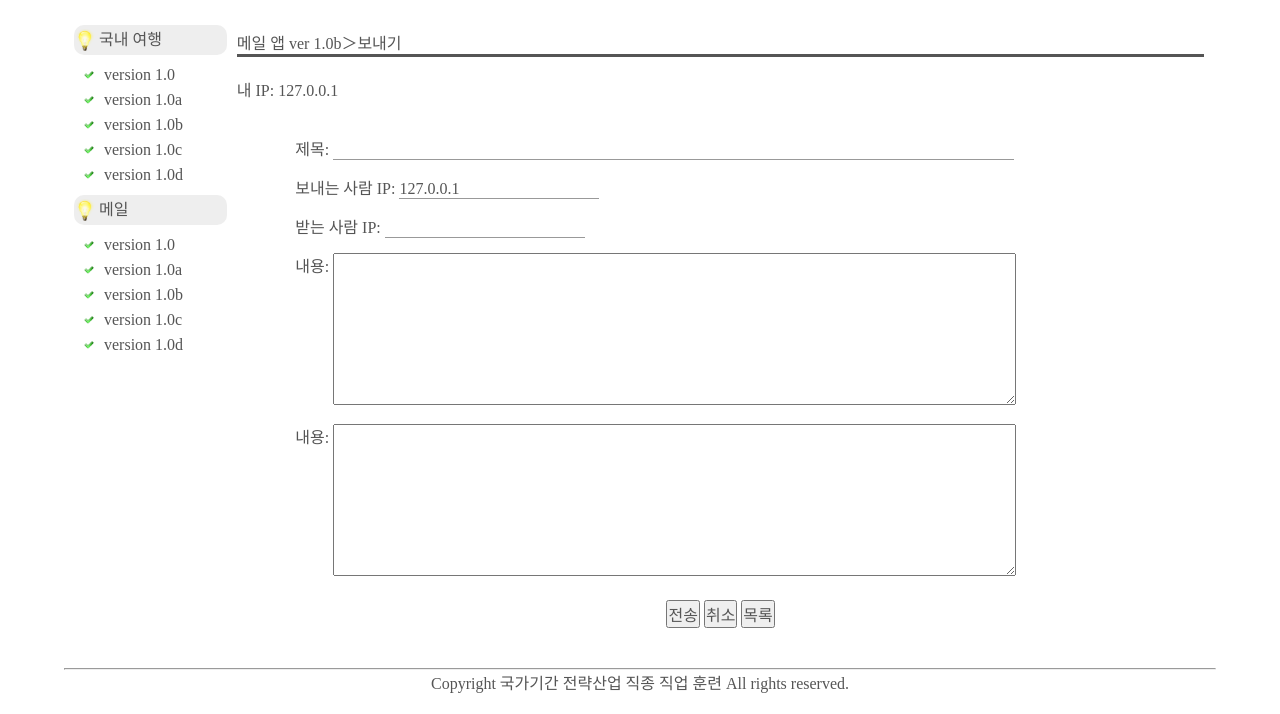
Repository: jangky000/ai_web
Page: http://localhost/blog_v2jc/mail_app1d/create_form.jsp
The author's editor kept a copy of each file at every save. The page is drawn from the files as they stood at one save, then again after the next save.
The browser window is 1280 px wide. The pictures show the part of the page from y = 210 to 924 px (the page is 924 px tall).
The page is served by Tomcat 9. Other server files are loaded and not shown.

Above is the page before, as saved 2020-04-02 09:09:11.

### ws__frame/blog_v2jc/WebContent/mail_app1d/create_form.jsp
<%@ page contentType="text/html; charset=UTF-8" %>

<%
request.setCharacterEncoding("utf-8");
String root = request.getContextPath();
%>

<!DOCTYPE html>
<html lang="ko">
<head>
<meta charset="UTF-8">
<title>메일 앱</title>
<link href="<%=root%>/css/style.css" rel="Stylesheet" type="text/css">
</head>
<body>
<jsp:include page="/menu/top.jsp" flush='false' />
  <div class="title_line">메일 앱 ver 1.0b＞보내기</div>

   <%
    out.print("<p>내 IP: " + request.getRemoteAddr() + "</p>");
    String my_ip = request.getRemoteAddr();
    /* out.print("<p>Remote Host: " + request.getRemoteHost() + "</p>"); */
    /* out.print("<p>X-Forwarded-For: " + request.getHeader("x-forwarded-for") + "</p>"); */
    %>

  <form name='frm' action='./create_proc.jsp' method='POST'>
    <fieldset class="fieldset_basic">
      <!-- <legend class="legend_basic">공지사항 등록</legend> -->
      <ul>
        <li class="li_none">
          <label>제목: </label>
          <input class="input_basic" type="text" name="title" style="width: 80%;" autofocus="autofocus">
        </li>
        <li class="li_none">
          <label>보내는 사람 IP: </label>
          <input class="input_basic" type="text" name="mail_from"  value="<%= my_ip %>" style="width: 200px;" readonly="readonly">
        </li>
        <li class="li_none">
          <label>받는 사람 IP: </label>
          <input class="input_basic" type="text" name="mail_to" style="width: 200px;">
        </li>
        <li class="li_none">
          <label style="vertical-align: top;">내용: </label>
          <textarea name="content" style="width: 80%; height: 150px;"></textarea>
        </li>
        <li class="li_none">
          <label style="vertical-align: top;">내용: </label>
          <textarea name="content" style="width: 80%; height: 150px;"></textarea>
        </li>
      </ul>
      <div class ="bottom_menu">
        <button type="submit">전송</button>
        <button type="button" onclick="location.href = './list.jsp'">취소</button>
        <button type="button" onclick="location.href = './list.jsp'">목록</button>
      </div>
    </fieldset>

  </form>

<jsp:include page="/menu/bottom.jsp" flush='false' />
</body>
</html>
</html>

### ws__frame/blog_v2jc/WebContent/menu/top.jsp
<%@ page contentType="text/html; charset=UTF-8" %>
<!-- jsp: include를 사용했기 때문에 root로 인한 충돌이 발생하지 않는다. -->
<% String root = request.getContextPath(); %>

<DIV class='container'>
  <DIV class='top_img'>
    <NAV class="top_menu">
      <a href="<%=root %>" class="menu_link">HOME</a> | 로그인 | 예약 | 조회 | Q&A | 고객센터
    </NAV>
  </DIV>

  <DIV style='margin-top: 10px;'> <!-- 좌측 메뉴 + 내용 시작 -->
    <DIV class='left_menu'> <!--  좌측 메뉴 시작 -->
      <div class="li_left_menu_1" >국내 여행</div>
      <UL>
         <!-- 모든 위치에서 동일한 주소를 찾아야하므로, 절대 경로로 설정 -->
        <LI class="li_left_menu_2"><a href="<%= request.getContextPath() %>/notice1/list.jsp">version 1.0</a></LI>
        <LI class="li_left_menu_2"><a href="<%= request.getContextPath() %>/notice1a/list.jsp">version 1.0a</a></LI>
        <LI class="li_left_menu_2"><a href="<%= request.getContextPath() %>/notice1b/list.jsp">version 1.0b</a></LI>
        <LI class="li_left_menu_2"><a href="<%= request.getContextPath() %>/notice1c/list.jsp">version 1.0c</a></LI>
        <LI class="li_left_menu_2"><a href="<%= request.getContextPath() %>/notice1d/list.jsp">version 1.0d</a></LI>
      </UL>
      <!-- br을 쓰는 것보다 margin으로 여백을 주는 것이 낫다 -->
      <div class="li_left_menu_1">메일</div>
      <UL>
        <LI class="li_left_menu_2"><a href="<%= request.getContextPath() %>/mail_app/list.jsp">version 1.0</a></LI>
        <LI class="li_left_menu_2"><a href="<%= request.getContextPath() %>/mail_app1a/list.jsp">version 1.0a</a></LI>
        <LI class="li_left_menu_2"><a href="<%= request.getContextPath() %>/mail_app1b/list.jsp">version 1.0b</a></LI>
        <LI class="li_left_menu_2"><a href="<%= request.getContextPath() %>/mail_app1c/list.jsp">version 1.0c</a></LI>
        <LI class="li_left_menu_2"><a href="<%= request.getContextPath() %>/mail_app1d/list.jsp">version 1.0d</a></LI>
      </UL>

    </DIV>  <!--  좌측 메뉴 종료 -->

    <DIV class='content_body'> <!--  내용 시작 -->

### ws__frame/blog_v2jc/WebContent/menu/bottom.jsp
<%@ page contentType="text/html; charset=UTF-8" %>

    </DIV> <!-- 내용 종료 -->
  </DIV> <!-- 좌측 메뉴 + 내용 종료 -->

  <!-- 화면 하단 메뉴 -->
  <DIV class='copyright'>
    <HR>
    Copyright 국가기간 전략산업 직종 직업 훈련 All rights reserved.
  </DIV>

</DIV> <!-- 컨테이너 종료 -->

### ws__frame/blog_v2jc/WebContent/css/style.css
/* ver 0.2 */
/* 모든 태그에 적용 */
  *{
     font-family: Malgun Gothic;
     font-size: 16px;
     margin: 0px;  /* top right bottom left */
     padding: 0px;
     color: #555555;
  }

  .container {
    width: 90%;
    margin: 10px auto;
  }

  /*
  이미지 경로 지정
  권장하지 않는 방법(절대경로): background-image: url('/blog_v2jc/css/images/top_image.jpg');
  권장하는 방법(상대경로): background-image: url('./images/top_image.jpg');
  style.css 파일이 include(link)되는 폴더를 현재 폴더로 인식함
  /blog_v2jc/css/style.css에서 사용
  /blog_v2jc/css/images/top_image.jpg 인식
   */
  .top_img {
    width: 100%;
    height: 200px;
    /* background-image: url('/blog_v2jc/menu/images/top_image.jpg'); */
    background-image: url('./images/top_image2.jpg');
    background-size: auto 100%; /* 가로 세로 */
    background-position: center center;
    background-repeat: no-repeat;
  }

  .top_menu {
    position: relative;  /* 부모 태그 기준 화면 상단 기준 */
    top: 80%;
    /* left: 2px;  */
    background-color: rgba(50, 50, 255, 0.3);
    color: white;
  }

  .left_menu {
    width: 15%;
    float: left;
  }

  .content_body {
    width: 84%;
    float: left;
  }

  .content_bottom {

  }

  .bottom_menu {
    text-align: center;
    margin: 20px auto;
    clear: both;
  }

  .copyright {
    text-align: center;
    margin: 20px auto; /* 블럭 가운데 정렬 */
    clear: both; /*  float: left; 해제 float 효과를 제거 */
  }

  .li_warning{/* 경고 메시지 */
    list-style: none;
    margin: 15px 10px;
    color: #ff6600;
  }

  .li_error{ /* 에러 메시지 */
    list-style: none;
    margin: 15px 10px;
    color: #FF0000;
  }

  .li_none{
    list-style: none;
    margin: 15px 10px;
  }

  .fieldset_basic{
    width:90%;
    margin:10px auto;
    border-top: none;
    border-right: none;
    border-bottom: none;
    border-left: none;
    padding: 10px;
  }

  .legend_basic{
    margin-left:30px;
    border:solid 1px #999999;
    background-color: #A6C2FF;
    color:#FFFFFF;
  }

  input:focus {outline:none;}
  .input_basic{
    border-top: none;
    border-right: none;
    border-bottom: solid 1px #999999;
    border-left: none;
  }

  .title_line{
    text-align:left;
    /* text-decoration: underline; */
    border-bottom: solid 3px #555555;
    width: 100%;
    margin: 20px auto;

  }

  .sub_menu{
    text-align: right;
    width: 100%;
  }

  .table_basic{
    border-collapse: collapse; /* 셀 합치기 */
    margin: 2px auto;
    width: 100%;
    margin-bottom: 100px;
  }

  /*
    1em 기본값: 16px, 주변 태그의 글자 크기를 1em으로 인식
    div 태그가 20px일 경우 자식 태그가 0.5em이면 최종적으로 10px이 적용됨.
  */
  .th_basic{
    font-size: 0.8em;
    border-bottom: solid 1px #999999;
  }

  .td_basic{
    background-color: #ffffff;

    border-top: none;
    border-right: none;
    border-bottom: solid 1px #dddddd;
    border-left: none;

    text-align: center;
  }

  .td_left{
    background-color: #ffffff;

    border-top: none;
    border-right: none;
    border-bottom: solid 1px #dddddd;
    border-left: none;

    text-align: left;
  }

  A:link{  /* 방문전 상태 */
    text-decoration: none; /* 밑줄 삭제 */
    color: #555555;
  }

  A:visited{  /* 방문후 상태 */
    text-decoration: none; /* 밑줄 삭제 */
    color: #555555;
  }

  A:hover{  /* A 태그에 마우스가 올라간 상태 */
    text-decoration: underline; /* 밑줄 출력 */
    color: #7777FF;
  }

  A:active{  /* A 태그를 클릭한 상태 */
    text-decoration: underline; /* 밑줄 출력 */
    color: #7777FF;
  }

  /* top menu */
  .menu_link:link{  /* 방문전 상태 */
    text-decoration: none; /* 밑줄 삭제 */
    color: white;
  }

  .menu_link:visited{  /* 방문후 상태 */
    text-decoration: none; /* 밑줄 삭제 */
    color: white;
  }

  .menu_link:hover{  /* A 태그에 마우스가 올라간 상태 */
    text-decoration: underline; /* 밑줄 출력 */
    color: white;
    /* font-weight: bold; */
  }

  .menu_link:active{  /* A 태그를 클릭한 상태 */
    text-decoration: underline; /* 밑줄 출력 */
    color: white;
  }

  .content_title{
    border-top: none;
    border-right: none;
    border-bottom: solid 1px #999999;
    border-left: none;

    margin-bottom: 20px;
  }

  .content_bottom{
    border-top: none;
    border-right: none;
    border-bottom: none;
    border-left: none;
    margin: 20px 0;
    text-align: right;
    font-size: 0.8em;
  }

  .li_left_menu_1{/* 화면 좌측 대분류 */
    list-style: none;
    margin: 15px 10px;
    background: url(./images/li_left_menu_1.png) left center no-repeat; /* url 왼쪽 중간 반복x */
    background-color:#eeeeee;
    border-radius:10px;
    background-size: 22px;
    padding-left: 25px;
    line-height: 30px;
  }

  .li_left_menu_2{/* 화면 좌측 중분류 */
    list-style: none;
    margin: 15px 10px;
    background: url(./images/li_left_menu_2.png) left center no-repeat; /* url 왼쪽 중간 반복x */
    background-size: 10px;
    margin-left: 20px;
    padding-left: 20px;
    line-height: 10px;
  }

After the next save:
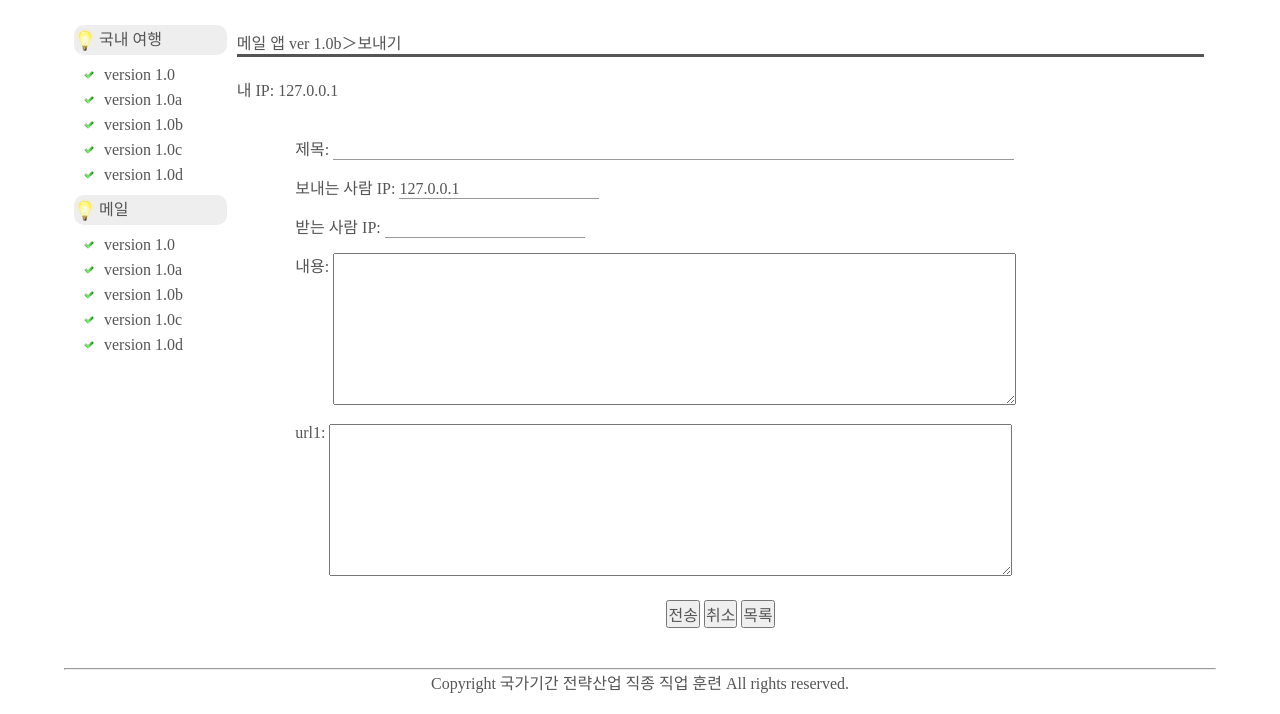
Saved 3 s later.
--- a/ws__frame/blog_v2jc/WebContent/mail_app1d/create_form.jsp
+++ b/ws__frame/blog_v2jc/WebContent/mail_app1d/create_form.jsp
@@ -44,7 +44,7 @@ String root = request.getContextPath();
           <textarea name="content" style="width: 80%; height: 150px;"></textarea>
         </li>
         <li class="li_none">
-          <label style="vertical-align: top;">내용: </label>
+          <label style="vertical-align: top;">url1: </label>
           <textarea name="content" style="width: 80%; height: 150px;"></textarea>
         </li>
       </ul>
